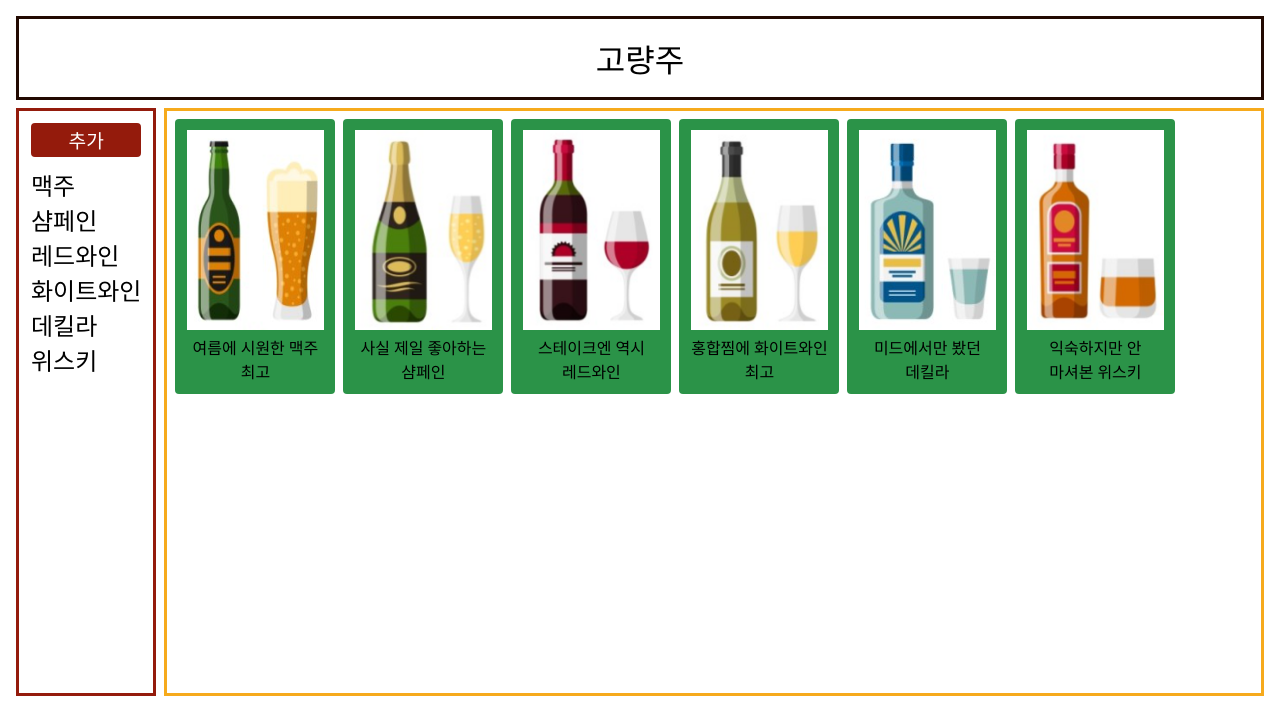
Repository: Jay-JYKim91/grj_2nd_week
Page: index.html
An editor plug-in stored every save of this project. The page is shown before and after the next save, followed by the edit.
The browser window is 1280 px wide. The pictures show the whole page.
Some web fonts or font styles are not loaded; a fallback is used.

Above is the page before, as saved 2022-05-16 16:36:05.

After the next save:
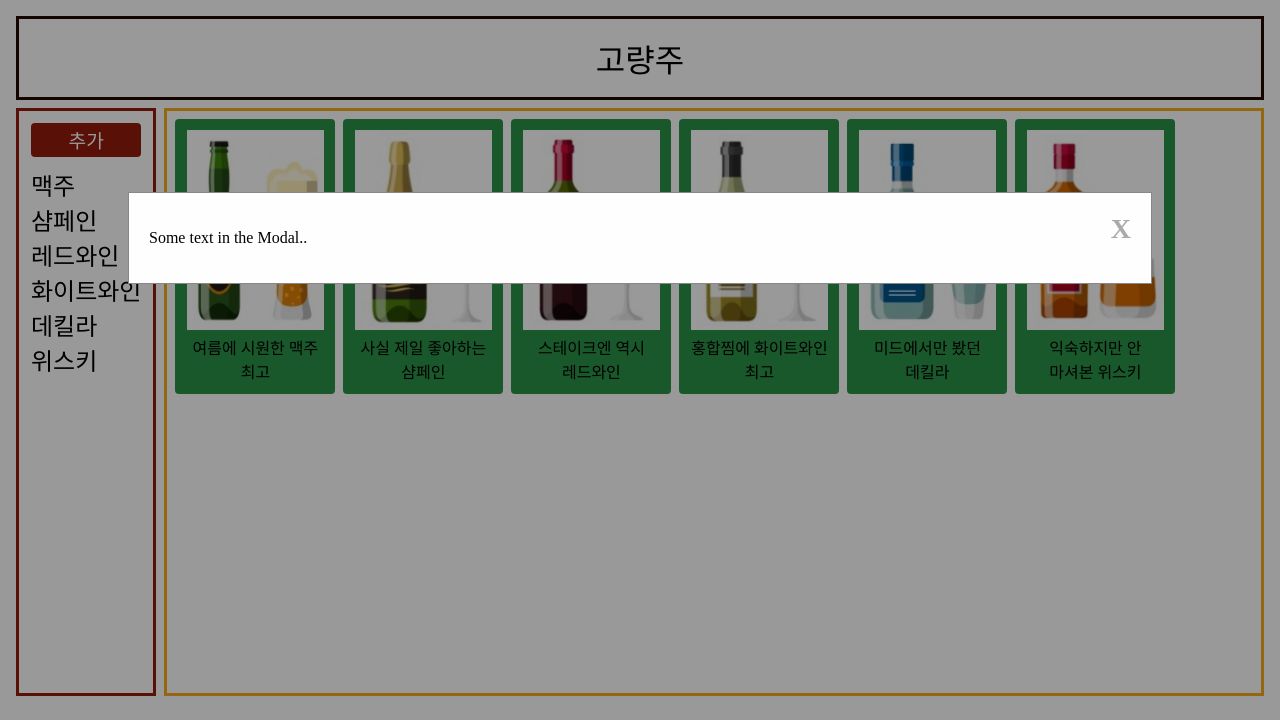
Saved 9 s later.
--- a/styles.css
+++ b/styles.css
@@ -100,7 +100,7 @@
 
 /* The Modal (background) */
 .modal {
-  display: none; /* Hidden by default */
+  /* display: none; Hidden by default */
   position: fixed; /* Stay in place */
   z-index: 1; /* Sit on top */
   left: 0;
